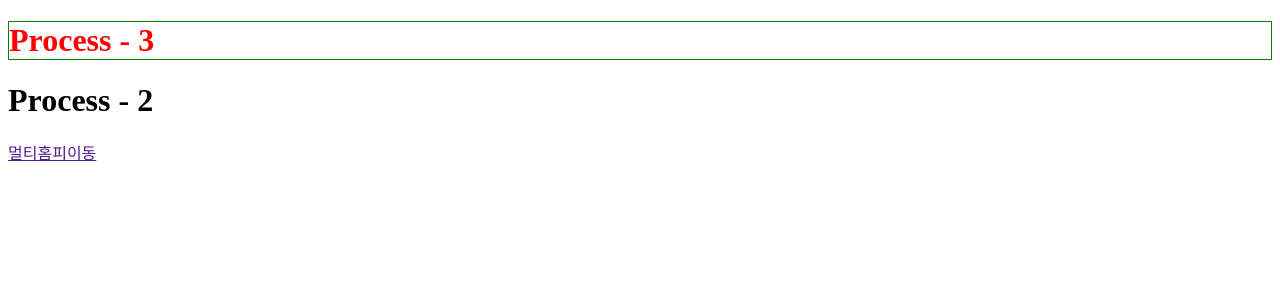
Repository: zmfhd1/Web
Page: jstest/WebContent/domtest.html
An editor plug-in stored every save of this project. The page is shown before and after the next save, followed by the edit.
The browser window is 1280 px wide. The pictures show the whole page.

Above is the page before, as saved 2021-08-24 05:09:12.

After the next save:
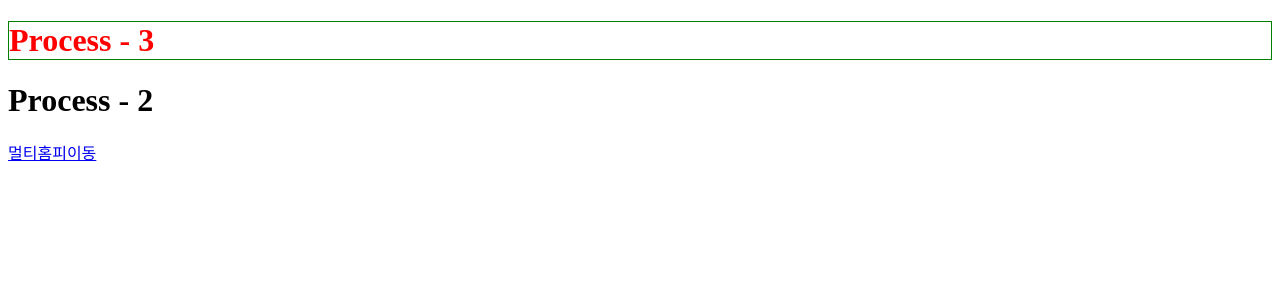
Saved 4 min 57 s later.
--- a/jstest/WebContent/domtest.html
+++ b/jstest/WebContent/domtest.html
@@ -11,18 +11,21 @@
 <a id = "third" href = "http:www.multicampus.com">멀티홈피이동</a>
 
 <script type="text/javascript">
+function action(){
 
-var h1_first = document.getElementById("first");
-h1_first.innerHTML = "Process - 3";
-h1_first.style.color = "red";
-h1_first.style.border = "1px solid green";
+	var h1_first = document.getElementById("first");
+	h1_first.innerHTML = "Process - 3";
+	h1_first.style.color = "red";
+	h1_first.style.border = "1px solid green";
 
-var a = document.getElementById("third");
-alert(a.href);
-a.href = "";
+	var a = document.getElementById("third");
+	alert(a.href);
+	a.href = "";
 
-alert(h1_first.href);
+	alert(h1_first.href);
+}
 
+setTimeout(action, 1000);
 
 
 </script>

After the save that followed:
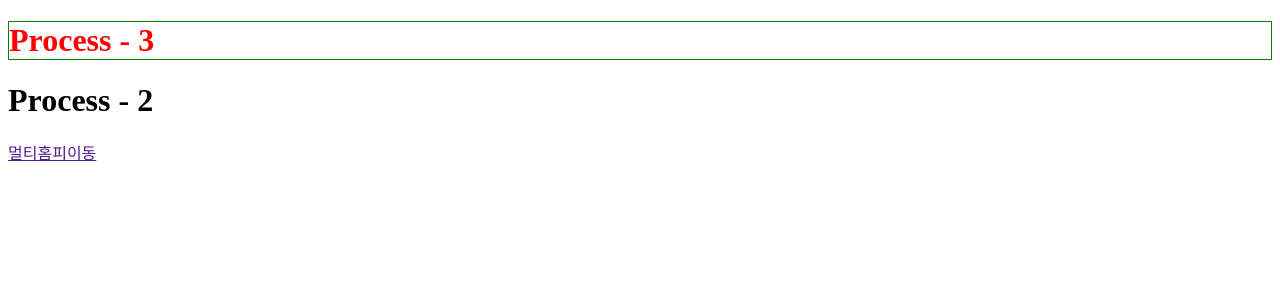
Saved 3 min 18 s later.
--- a/jstest/WebContent/domtest.html
+++ b/jstest/WebContent/domtest.html
@@ -21,12 +21,12 @@
 	var a = document.getElementById("third");
 	alert(a.href);
 	a.href = "";
-
 	alert(h1_first.href);
 }
 
-setTimeout(action, 1000);
+//setTimeout(action, 1000);//시간 지연 실행(1초 후 액션함수 실행)
 
+onload = action();// html태그 로딩 완료 후 액션함수를 실행해라
 
 </script>
 
